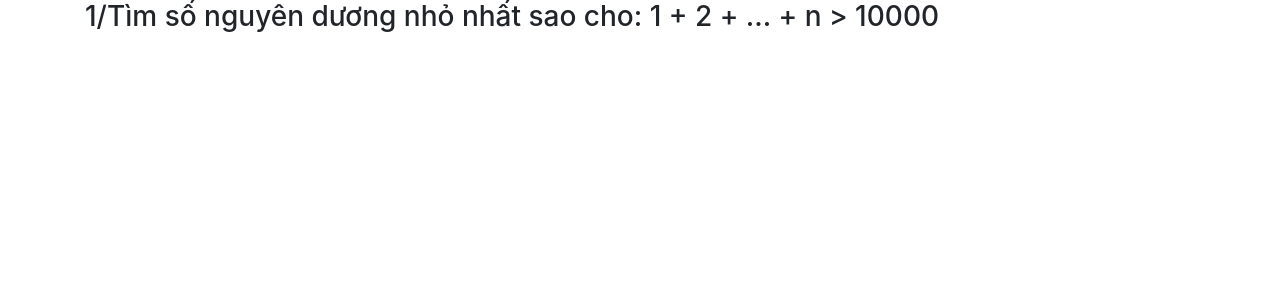
Repository: baobaodeveloper/bootcamp21__loop__HuynhAnhBao
Page: index.html
The author's editor kept a copy of each file at every save. The page is drawn from the files as they stood at one save, then again after the next save.
The browser window is 1280 px wide. The pictures show the whole page.

Above is the page before, as saved 2022-03-16 22:54:40.

### index.html
<!DOCTYPE html>
<html lang="en">
  <head>
    <title>Exercise Js</title>
    <!-- Required meta tags -->
    <meta charset="utf-8" />
    <meta
      name="viewport"
      content="width=device-width, initial-scale=1, shrink-to-fit=no"
    />

    <!-- Bootstrap CSS -->
    <link
      rel="stylesheet"
      href="https://stackpath.bootstrapcdn.com/bootstrap/4.3.1/css/bootstrap.min.css"
      integrity="sha384-ggOyR0iXCbMQv3Xipma34MD+dH/1fQ784/j6cY/iJTQUOhcWr7x9JvoRxT2MZw1T"
      crossorigin="anonymous"
    />
  </head>
  <body>
    <!--1/Tìm số nguyên dương nhỏ nhất sao cho:
    1 + 2 + … + n > 10000-->
    <div class="container">
      <h3>1/Tìm số nguyên dương nhỏ nhất sao cho: 1 + 2 + … + n > 10000</h3>
    </div>

    <!-- Optional JavaScript -->
    <!-- jQuery first, then Popper.js, then Bootstrap JS -->
    <script
      src="https://code.jquery.com/jquery-3.3.1.slim.min.js"
      integrity="sha384-q8i/X+965DzO0rT7abK41JStQIAqVgRVzpbzo5smXKp4YfRvH+8abtTE1Pi6jizo"
      crossorigin="anonymous"
    ></script>
    <script
      src="https://cdnjs.cloudflare.com/ajax/libs/popper.js/1.14.7/umd/popper.min.js"
      integrity="sha384-UO2eT0CpHqdSJQ6hJty5KVphtPhzWj9WO1clHTMGa3JDZwrnQq4sF86dIHNDz0W1"
      crossorigin="anonymous"
    ></script>
    <script
      src="https://stackpath.bootstrapcdn.com/bootstrap/4.3.1/js/bootstrap.min.js"
      integrity="sha384-JjSmVgyd0p3pXB1rRibZUAYoIIy6OrQ6VrjIEaFf/nJGzIxFDsf4x0xIM+B07jRM"
      crossorigin="anonymous"
    ></script>
  </body>
</html>

After the next save:
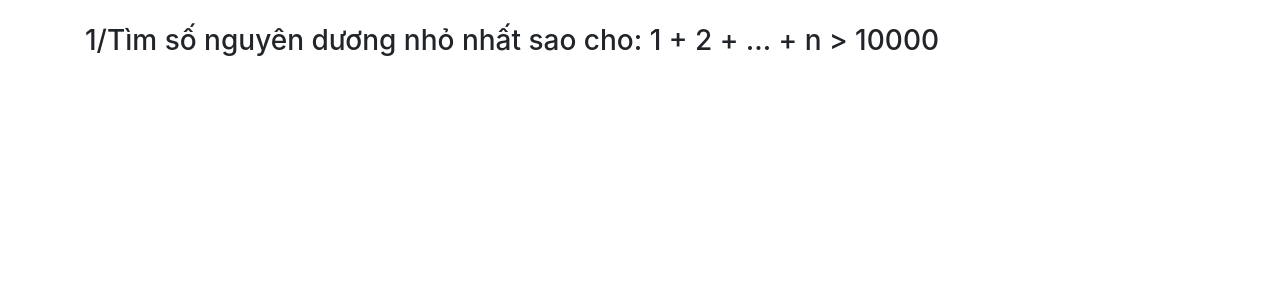
Saved 16 s later.
--- a/index.html
+++ b/index.html
@@ -20,7 +20,7 @@
   <body>
     <!--1/Tìm số nguyên dương nhỏ nhất sao cho:
     1 + 2 + … + n > 10000-->
-    <div class="container">
+    <div class="container mt-4">
       <h3>1/Tìm số nguyên dương nhỏ nhất sao cho: 1 + 2 + … + n > 10000</h3>
     </div>
 
